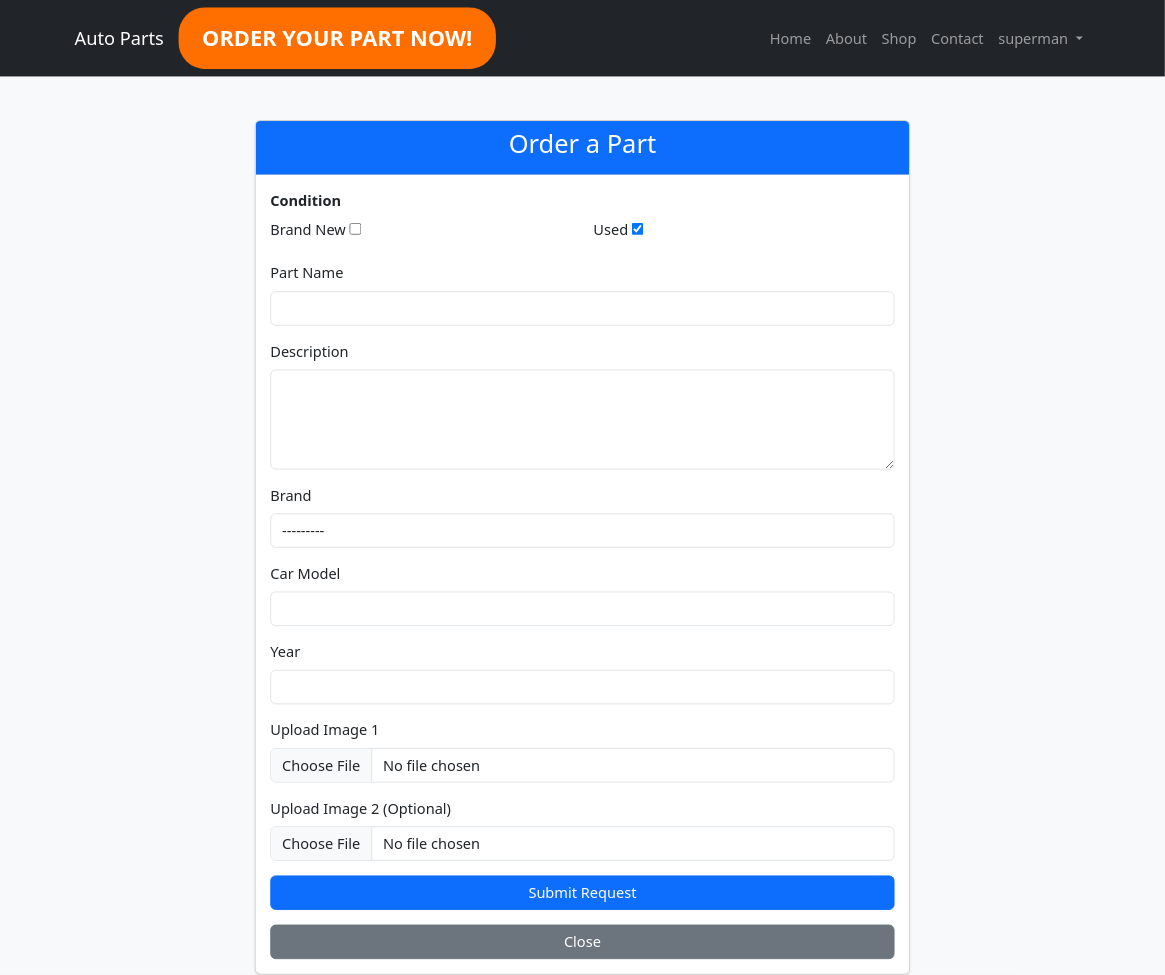
Repository: Jijiluzana225/onlineparts
Page: http://localhost/order/
These files come from the project's save history. The page is drawn as it stood at one moment and after the next save; the edit follows.
The browser window is 1280 px wide. The pictures show the whole page, at 91% of full size.
The page is served by the project's application, run on Django 5.2 (manage.py). The first stored user is signed in. The page reads the database file committed with the project.

Above is the page before, as saved 2025-02-19 13:50:29.

After the next save:
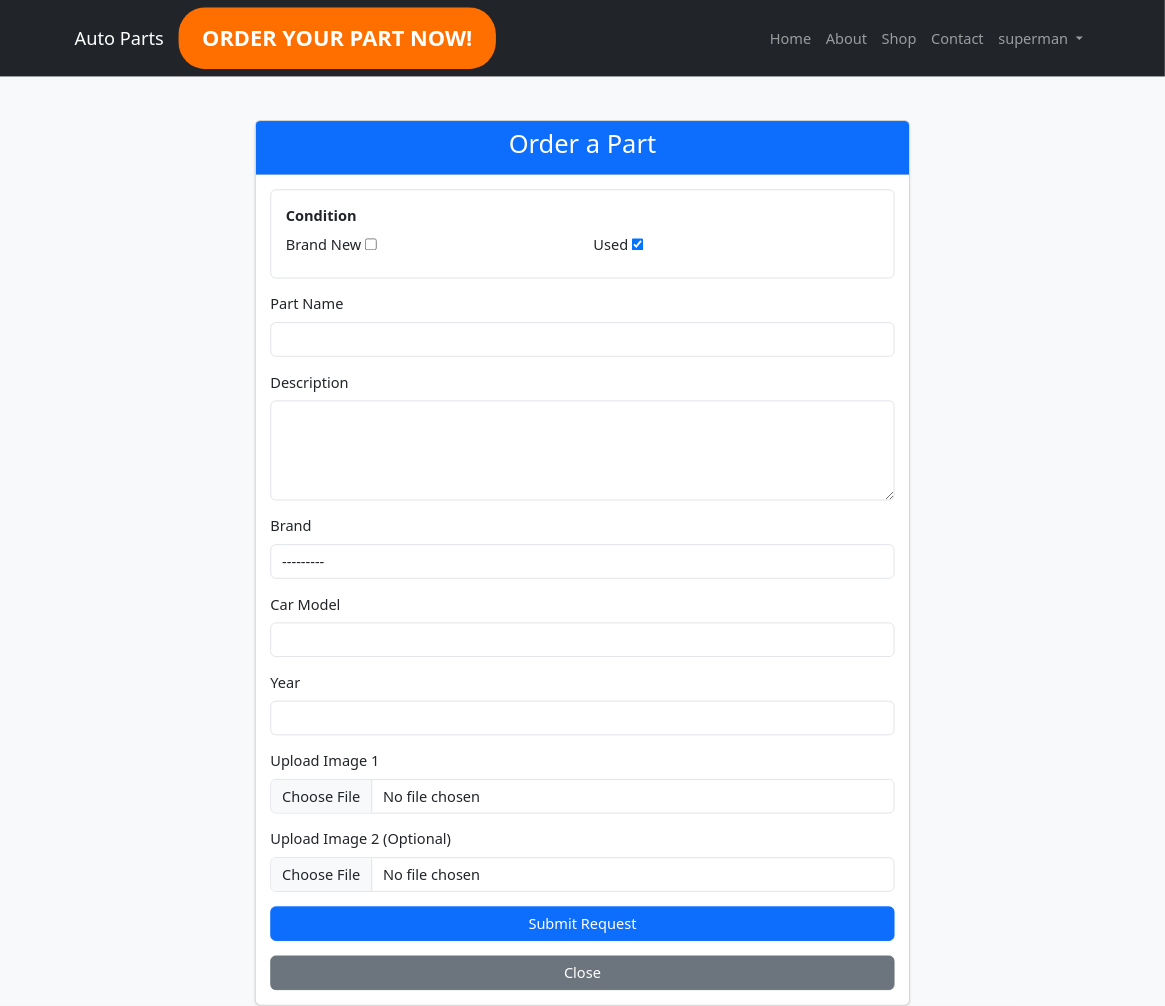
Saved 67 s later.
--- a/orders/templates/orders/order_part.html
+++ b/orders/templates/orders/order_part.html
@@ -13,7 +13,7 @@
                     <form method="post" enctype="multipart/form-data">
                         {% csrf_token %}
 
-                        <div class="mb-3">
+                        <div class="mb-3 p-3 border rounded">
                             <label class="form-label fw-bold">Condition</label> <!-- Container Label -->
                             <div class="row">
                                 <div class="col">
